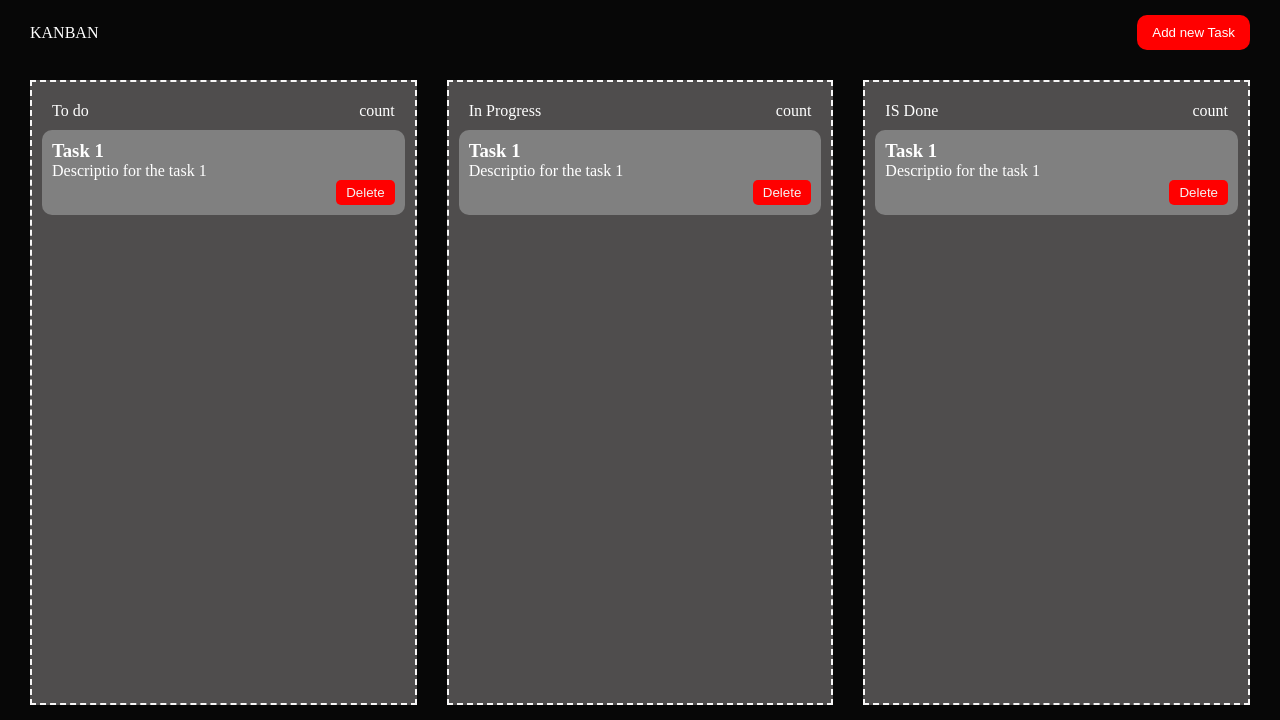
Repository: Sandeepji-5/Kanban-board
Page: index.html
These files come from the project's save history. The page is drawn as it stood at one moment and after the next save; the edit follows.
The browser window is 1280 px wide. The pictures show the whole page.

Above is the page before, as saved 2025-12-09 11:25:47.

### index.html
<!DOCTYPE html>
<html lang="en">
<head>
    <meta charset="UTF-8">
    <meta name="viewport" content="width=device-width, initial-scale=1.0">
    <title>Document</title>
    <link rel="stylesheet" href="style.css">
</head>
<body>
    <main>
        <nav>
            <div class="left">KANBAN</div>
            <div class="right"><button>Add new Task</button></div>
        </nav>
        <section class="board">
            <div class="task-column">
                <div class="heading">
                    <div class="left">To do </div>
                    <div class="right">count</div>
                </div>
                <div class="task">
                    <h3>Task 1</h3>
                    <p>Descriptio for the task 1 </p>
                    <button>Delete</button>
                </div>
            </div>
            <div class="task-column">
                <div class="heading">
                    <div class="left">In Progress</div>
                    <div class="right">count</div>
                </div>
                   <div class="task">
                    <h3>Task 1</h3>
                    <p>Descriptio for the task 1 </p>
                    <button>Delete</button>
                </div>
            </div>
            <div class="task-column">
                <div class="heading">
                    <div class="left">IS Done </div>
                    <div class="right"> count</div>
                </div>
                   <div class="task">
                    <h3>Task 1</h3>
                    <p>Descriptio for the task 1 </p>
                    <button>Delete</button>
                </div>
            </div>
        </section>


    </main>
    <script src="kanban.js"></script>
</body>
</html>

### style.css
* {
    margin: 0;
    padding: 0;

    box-sizing: border-box;
}

html,
body {
    width: 100%;
    height: 100%;

}

:root {
    --bg-color: #0000000;
    --bg-button-color: rgb(79, 77, 77);
    --primary-text-color: #f4f4f4;
    --bg-task-color:gray;
    --bg-delete-color:red;



    /* padding 1 rem 2 rem */
    --nav-padding: 15px 30px;
    --section-padding: 15px 30px;
    --padding-s: 5px;
    --padding-m: 10px;
    --padding-l: 15px;
    --padding-xl: 20px;
    --padding-xxl: 30px;


    /* border radius variable  */



    --border-radius-s:5px;
    --border-radius-m:10px;
    --border-radius-l:15px;
    --border-radius-xl:20px;
    --border-radius-xxl:30px;


}

body {
    background-color: rgb(7, 7, 7);
    color: white;
}
main{
    display: flex;
    height: 100%;
    width: 100%;
    flex-direction: column;


}

nav{
    padding: var(--nav-padding);
    display: flex;
    align-items: center;
    justify-content: space-between;

}
nav button{
    background-color: red;
    color: white;
    border: none;
    outline: none;
    padding: var(  --padding-m) var(  --padding-l);
    cursor: pointer;
    border-radius:var(--border-radius-m) ;

}


section{
    padding:var(--section-padding);
    /* height: 100%; */
    display: flex;
    flex-grow: 1;
    justify-content: space-between;

    gap: var(--padding-xxl);

}
section .task-column{
    padding: var(--padding-m);
    background-color: var(--bg-button-color);
    flex-grow: 1  ;
    padding: var(--padding-m)  ;
    display: flex;
    flex-direction: column;
    transition: all 0.7s cubic-bezier(0.19, 1, 0.22, 1);
        border: 2px dashed rgb(247, 246, 246);



}
/* section .task-column hover-over {
    border: 2px dashed red;
    transform: scale(1.05);
} */
section .task-column .heading{
    display: flex;
    justify-content: space-between ;
    padding: var(--padding-m);
}


section .task-column  .task{

    display: flex;
    flex-direction: column;
    padding: var(--padding-m);
    border-radius: var(--border-radius-m);
    background-color: var(--bg-task-color);


}

section .task-column .task button{
    align-self: flex-end;
    cursor: pointer;
    padding: var(--padding-s) var(--padding-m);
    border-radius: var(--border-radius-s);
    border: none;
    outline: none;
    background-color: var(--bg-delete-color);
    color: var(--primary-text-color)  ;
}

Loaded but not shown: kanban.js (no copy from this time; the picture is the same without it)

After the next save:
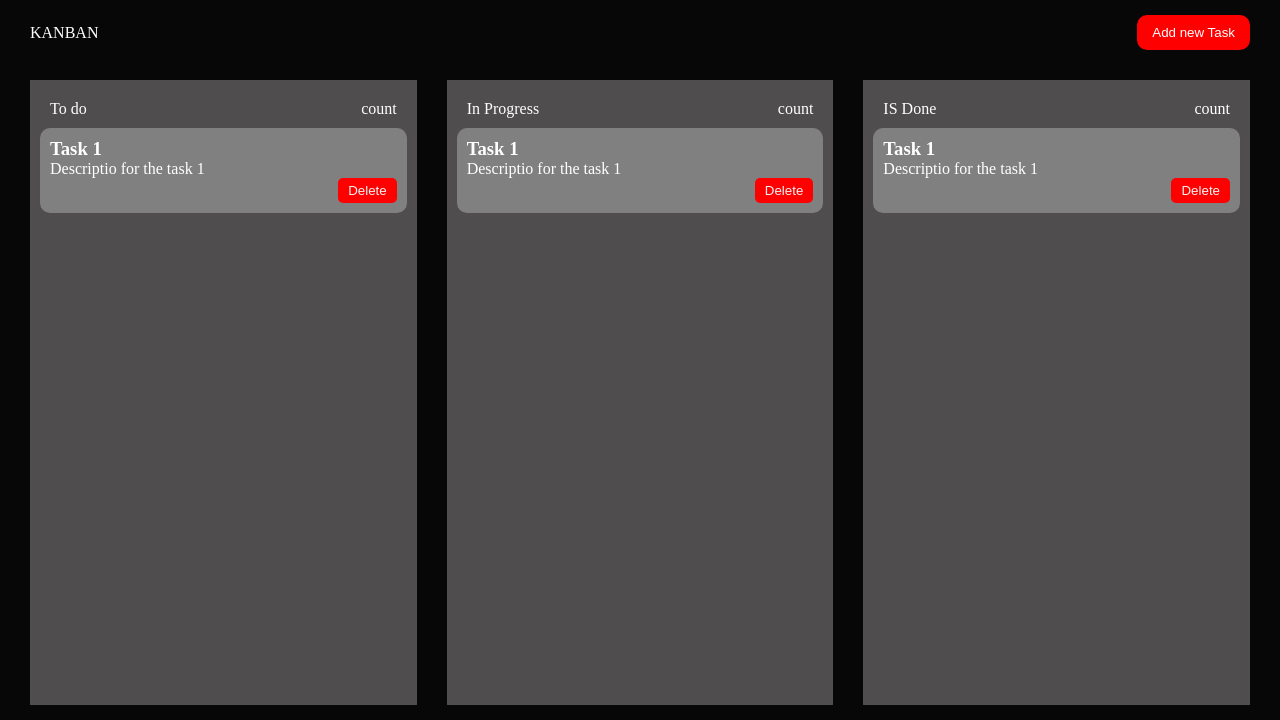
Saved 26 s later.
--- a/style.css
+++ b/style.css
@@ -94,15 +94,15 @@ section .task-column{
     display: flex;
     flex-direction: column;
     transition: all 0.7s cubic-bezier(0.19, 1, 0.22, 1);
-        border: 2px dashed rgb(247, 246, 246);
+
 
 
 
 }
-/* section .task-column hover-over {
-    border: 2px dashed red;
+section .task-column hover-over {
+     border: 2px dashed rgb(247, 246, 246);
     transform: scale(1.05);
-} */
+}
 section .task-column .heading{
     display: flex;
     justify-content: space-between ;
